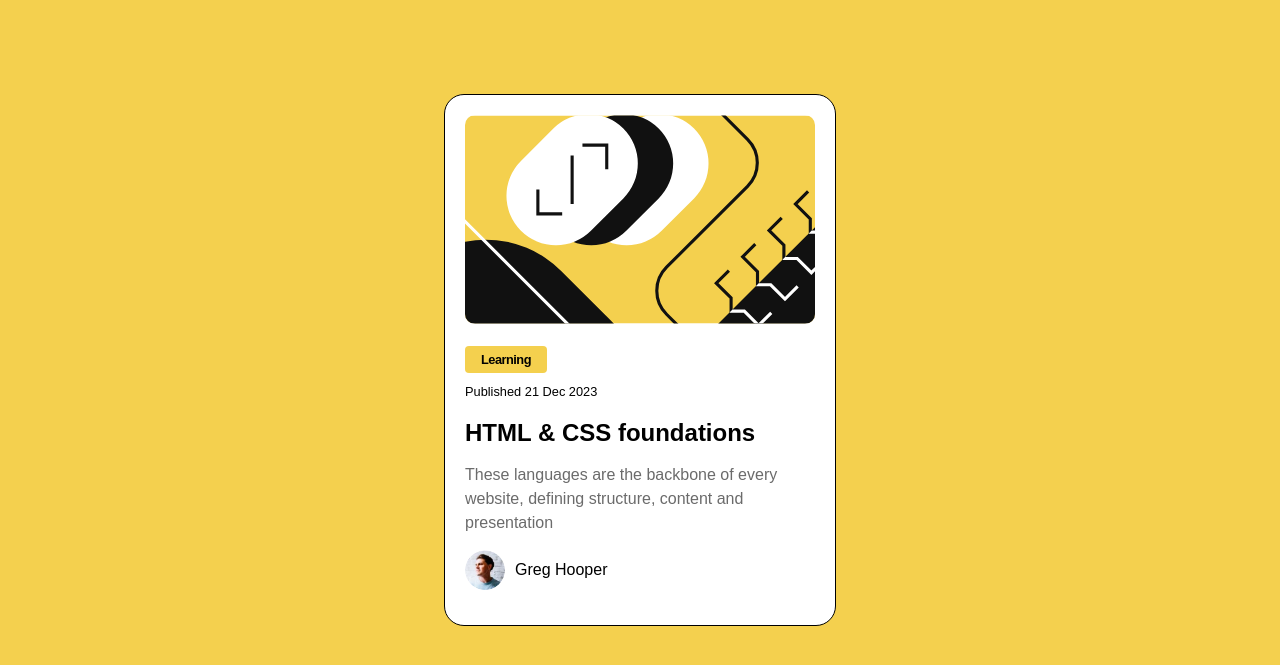
Repository: brandontaylor1/blogpreviewcard
Page: index.html
These files come from the project's save history. The page is drawn as it stood at one moment and after the next save; the edit follows.
The browser window is 1280 px wide. The pictures show the whole page.
The pointer rests on the first visible `.container`.

Above is the page before, as saved 2024-12-25 11:53:13.

After the next save:
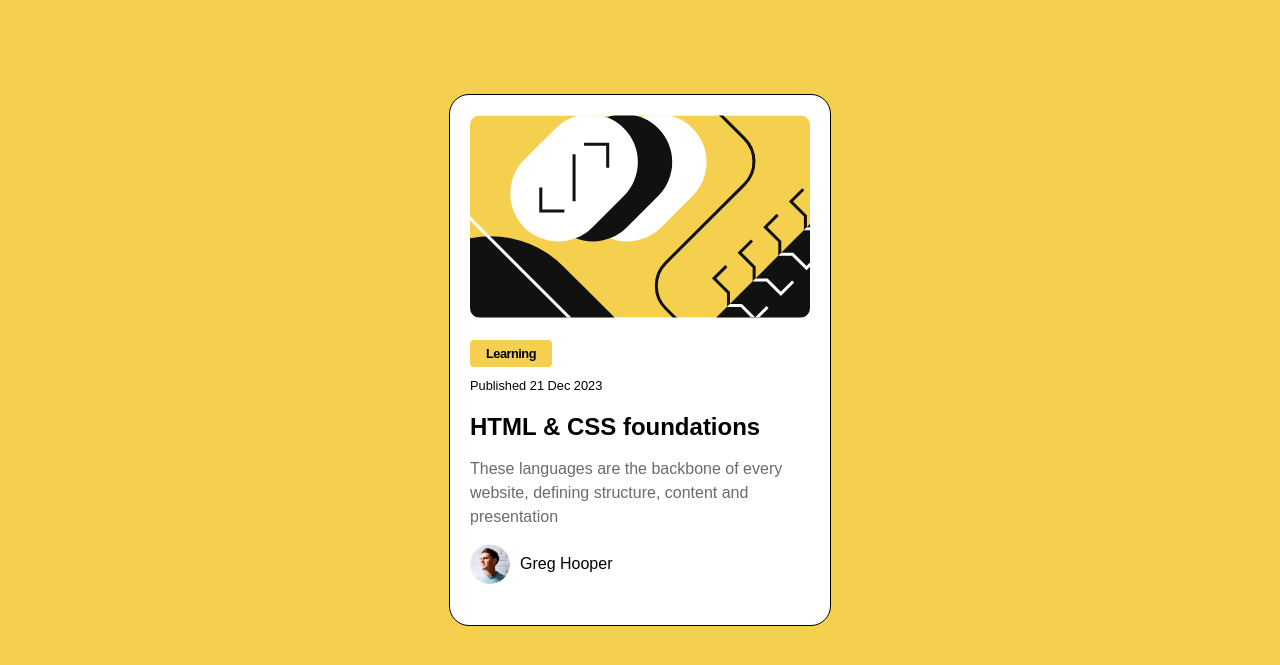
Saved 7 s later.
--- a/index.css
+++ b/index.css
@@ -42,7 +42,7 @@ body {
 .container:hover {
     box-shadow: 0 0 0 0 rgba(0, 0, 0, 0.5);
     height: 490px;
-    width:
+    width: 340px;
 }
 
 .heading-img {
